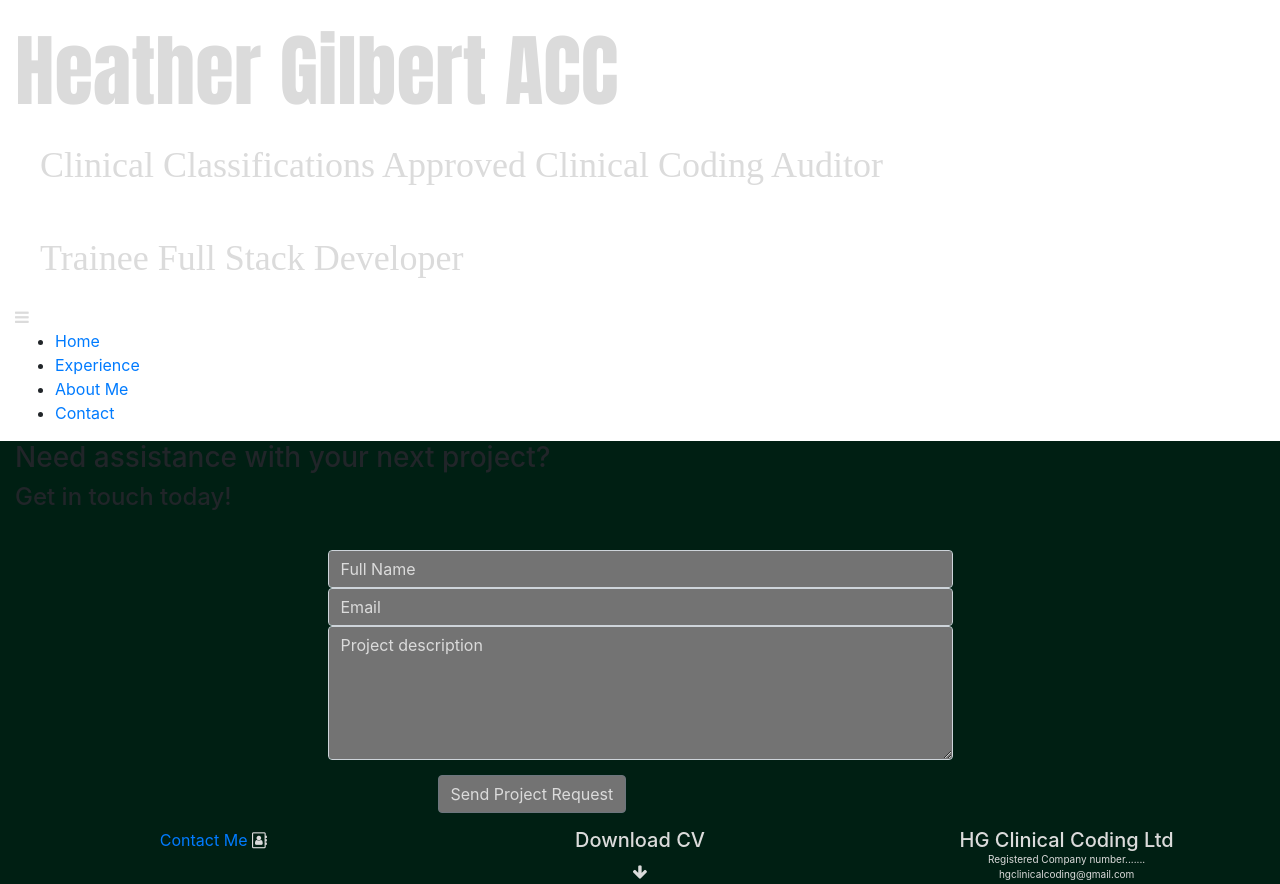
Repository: Code-Institute-Submissions/fsd-ms-project1-resume
Page: contact.html
The author's editor kept a record of every edit. The page is drawn from the files as they stood at one moment, then again after the next edit.
The browser window is 1280 px wide. The pictures show the whole page.
Some web fonts or font styles are not loaded; a fallback is used.

Above is the page before.

After the next edit:
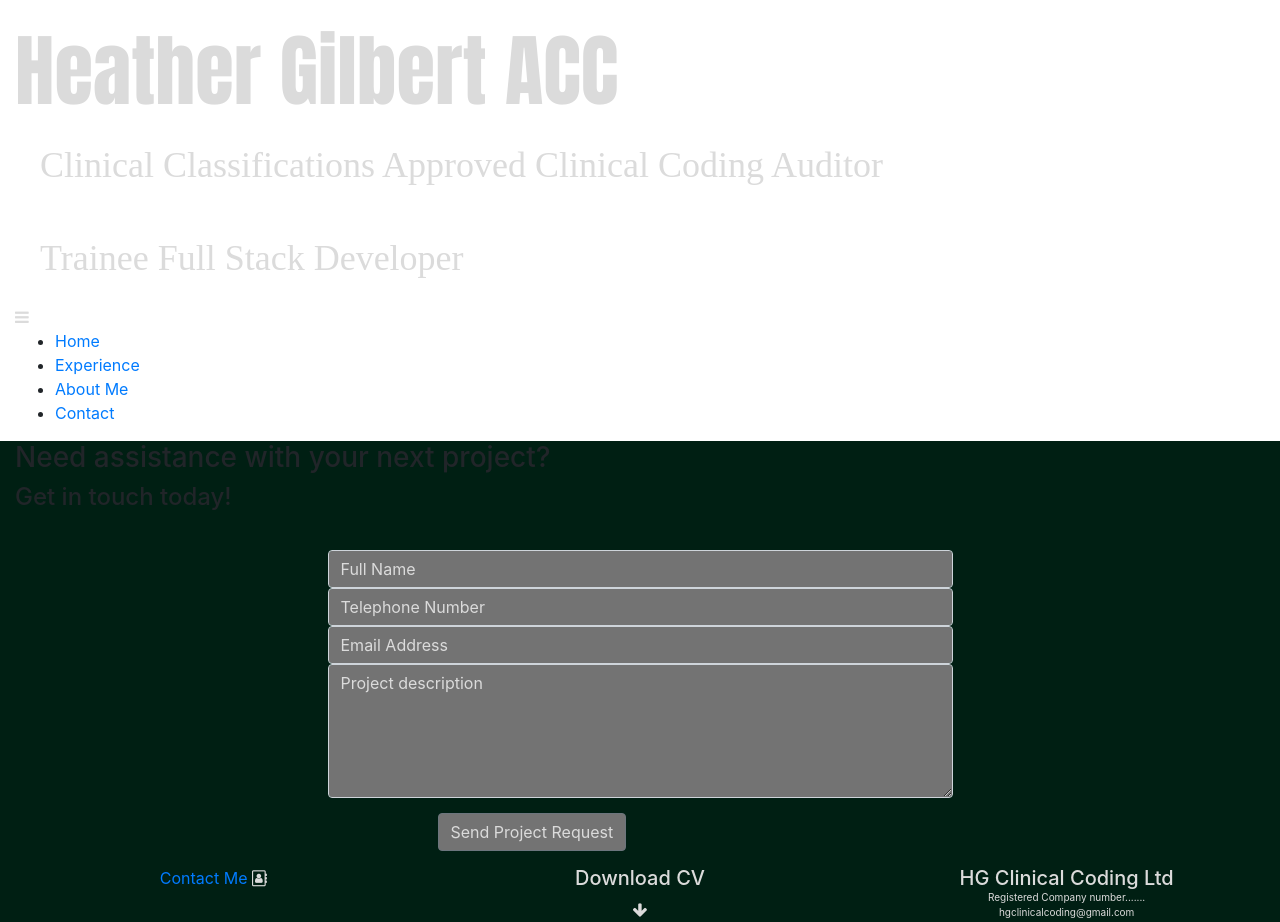
The edit:
--- a/contact.html
+++ b/contact.html
@@ -47,7 +47,9 @@
                 <div class="form">
                     <input type="text" name="name" id="fullname" class="form-control" placeholder="Full Name"
                     required/>
-                    <input type="email" name="email" id="emailaddress" class="form-control" placeholder="Email"
+                    <input type="number" name="number" id="number" class="form-control" placeholder="Telephone Number"
+                    required/>
+                    <input type="email" name="email" id="emailaddress" class="form-control" placeholder="Email Address"
                     required/>
                     <textarea rows="5" name="projectsummary" id="projectsummary" class="form-control" placeholder="Project description"
                     required></textarea>
